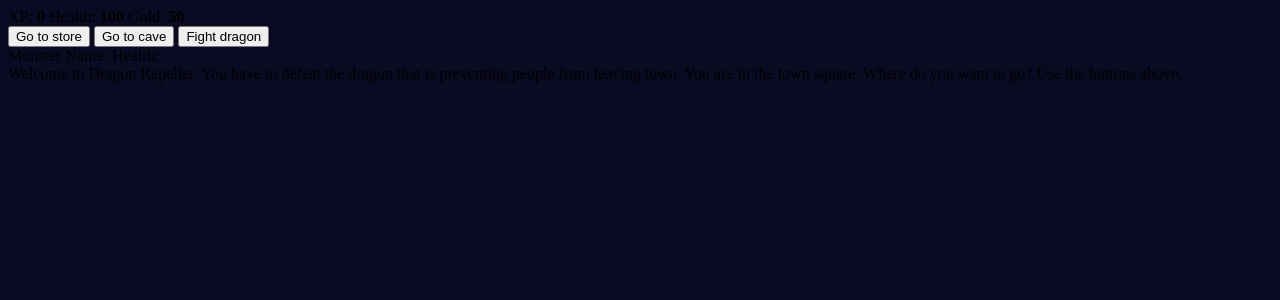
Repository: Lungdjos/role_playing_game
Page: index.html
An editor plug-in stored every save of this project. The page is shown before and after a run of saves, followed by the edit.
The browser window is 1280 px wide. The pictures show the whole page.

Above is the page before, as saved 2024-02-06 23:29:06.

After the next 3 saves:
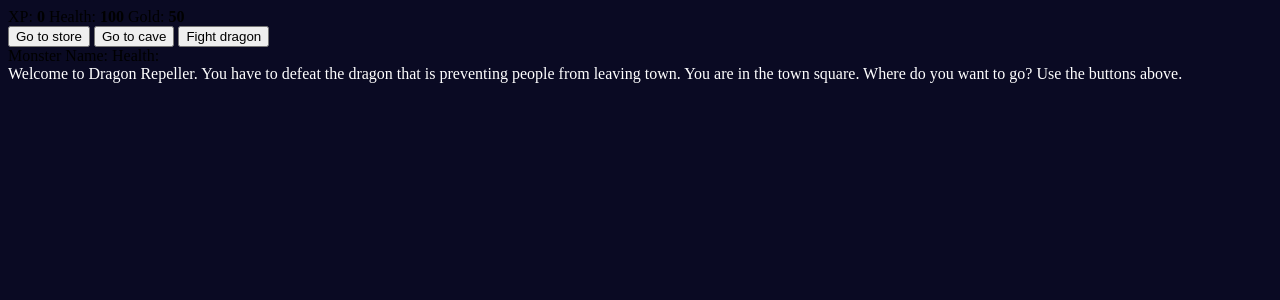
The 3 saves are shown as one change because they came seconds apart.
The last was saved 9 s later.
--- a/styles.css
+++ b/styles.css
@@ -6,5 +6,5 @@ body {
 
 #text {
     background-color: #0a0a23;
-    col
+    color: #fff;
 }
